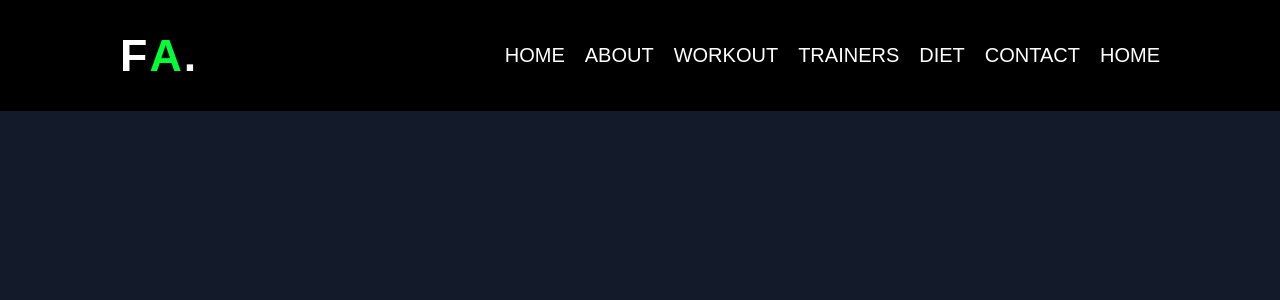
Repository: guilhermecardoso93/fitapex
Page: index.html
An editor plug-in stored every save of this project. The page is shown before and after the next save, followed by the edit.
The browser window is 1280 px wide. The pictures show the whole page.
The pointer rests on the first visible `ol li`.

Above is the page before, as saved 2023-03-05 20:26:29.

### index.html
<!DOCTYPE html>
<html lang="pr-BR">
  <head>
    <meta charset="UTF-8" />
    <meta http-equiv="X-UA-Compatible" content="IE=edge" />
    <meta name="viewport" content="width=device-width, initial-scale=1.0" />
    <link rel="stylesheet" href="styles.css" />
    <link
      rel="stylesheet"
      href="https://cdnjs.cloudflare.com/ajax/libs/font-awesome/4.7.0/css/font-awesome.css"
    />
    <title>F.A GYM</title>
  </head>
  <body>
    <div class="navbar">
      <a href="#" class="logo">F<b>A</b>.</a>
      <ol>
        <li>
          <a href="#home">home</a>
        </li>
        <li>
          <a href="#about">about</a>
        </li>
        <li>
          <a href="#workout">workout</a>
        </li>
        <li>
          <a href="#trainers">trainers</a>
        </li>
        <li>
          <a href="#diet">diet</a>
        </li>
        <li>
          <a href="#contact">contact</a>
        </li>
        <li>
          <a href="#home">home</a>
        </li>
      </ol>
    </div>
  </body>
</html>

### styles.css
@import url("https://fonts.googleapis.com/css2?family=Poppins:wght@400;500&display=swap");

* {
  margin: 0;
  padding: 0;
  box-sizing: border-box;
  font-family: "Poppisns", sans-serif;
  outline: none;
  color: #fff;
}

:root {
  --prime: #00ff34;
}

body {
  background-color: #131b2b;
}

.navbar {
  width: 100%;
  display: flex;
  position: fixed;
  padding: 30px 120px;
  background-color: #000;
  justify-content: space-between;
  z-index: 1111;
  transition: 0.5s ease;
}

.logo {
  font-size: 2.8em;
  font-weight: 800;
  letter-spacing: 2px;
  text-transform: uppercase;
  text-decoration: none;
}

.logo B{
  color: var(--prime);
}

ol {
  display: flex;
  margin: auto 0;
}

ol li {
  list-style: none;
  margin-left: 20px;
}

ol li a {
  font-size: 20px;
  font-weight:500;
  text-transform: uppercase;
  text-decoration: none;
}

After the next save:
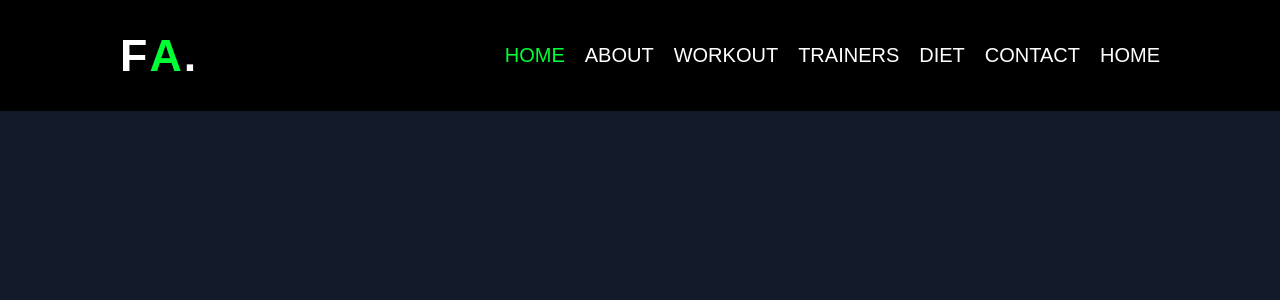
Saved 30 s later.
--- a/styles.css
+++ b/styles.css
@@ -56,3 +56,7 @@ ol li a {
   text-transform: uppercase;
   text-decoration: none;
 }
+
+ol li:hover a {
+  color: var(--prime);
+}
